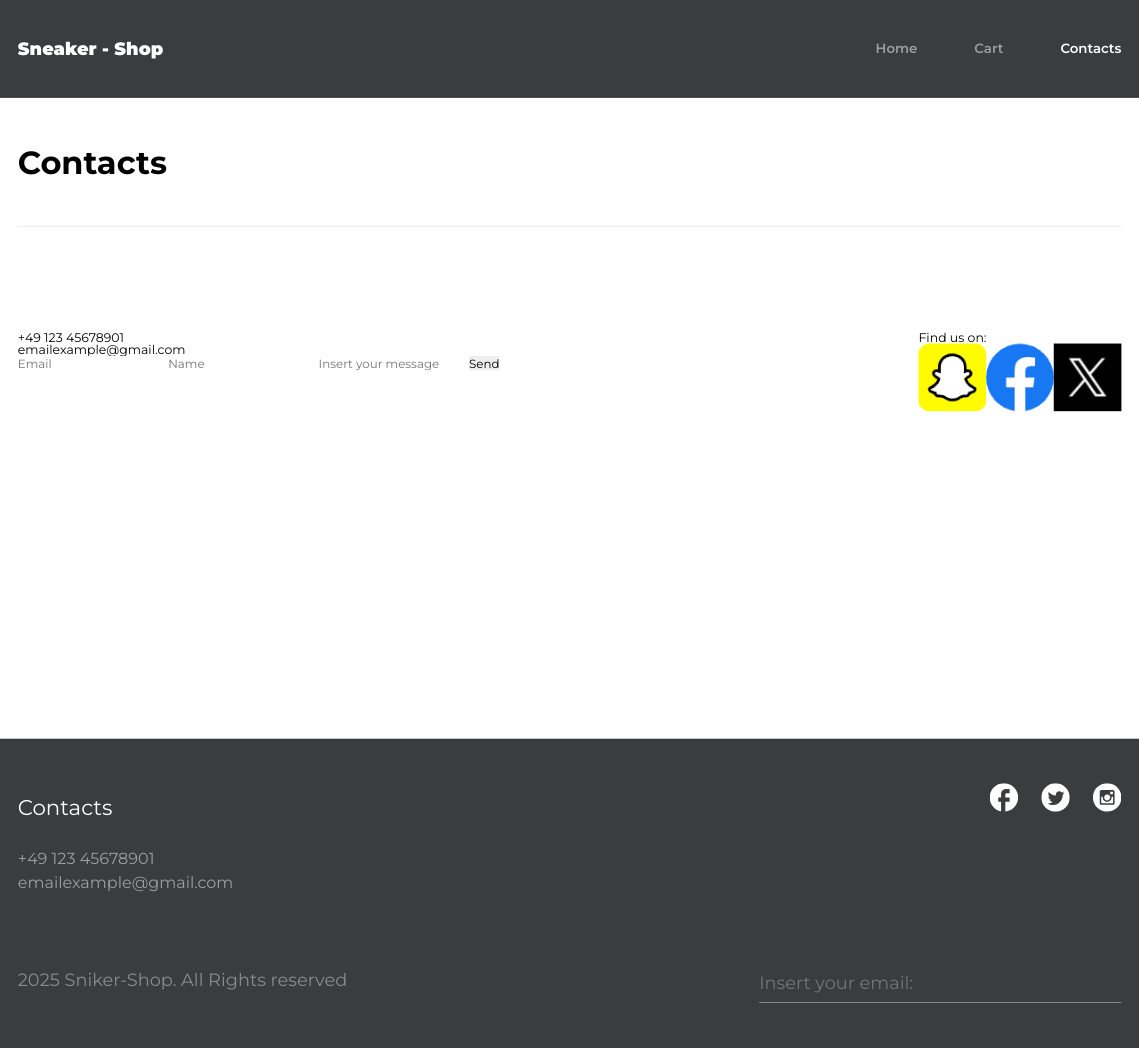
Repository: IstratiiNik/sneaker-shop
Page: /contacts
These files come from the project's save history. The page is drawn as it stood at one moment and after a run of saves; the edit follows.
The browser window is 1280 px wide. The pictures show the whole page, at 89% of full size.
The page's requests for data from a server got no answer. The project was rebuilt for these pictures with package versions that can differ from the ones it lists, and the page was loaded fresh each time. No one was signed in, and anything a server would have sent is missing. Also part of the build but not shown: vite.config.js, src/components/News/News.module.scss, src/components/News/News.jsx, src/components/ProductCard/ProductCard.module.scss, src/components/ProductCard/ProductCard.jsx, src/components/Main/Main.module.scss, src/components/Main/Main.jsx, src/components/CartCard/CartCard.module.scss and 3 more.

Above is the page before, as saved 2025-07-03 11:24:53.

After the next 4 saves:
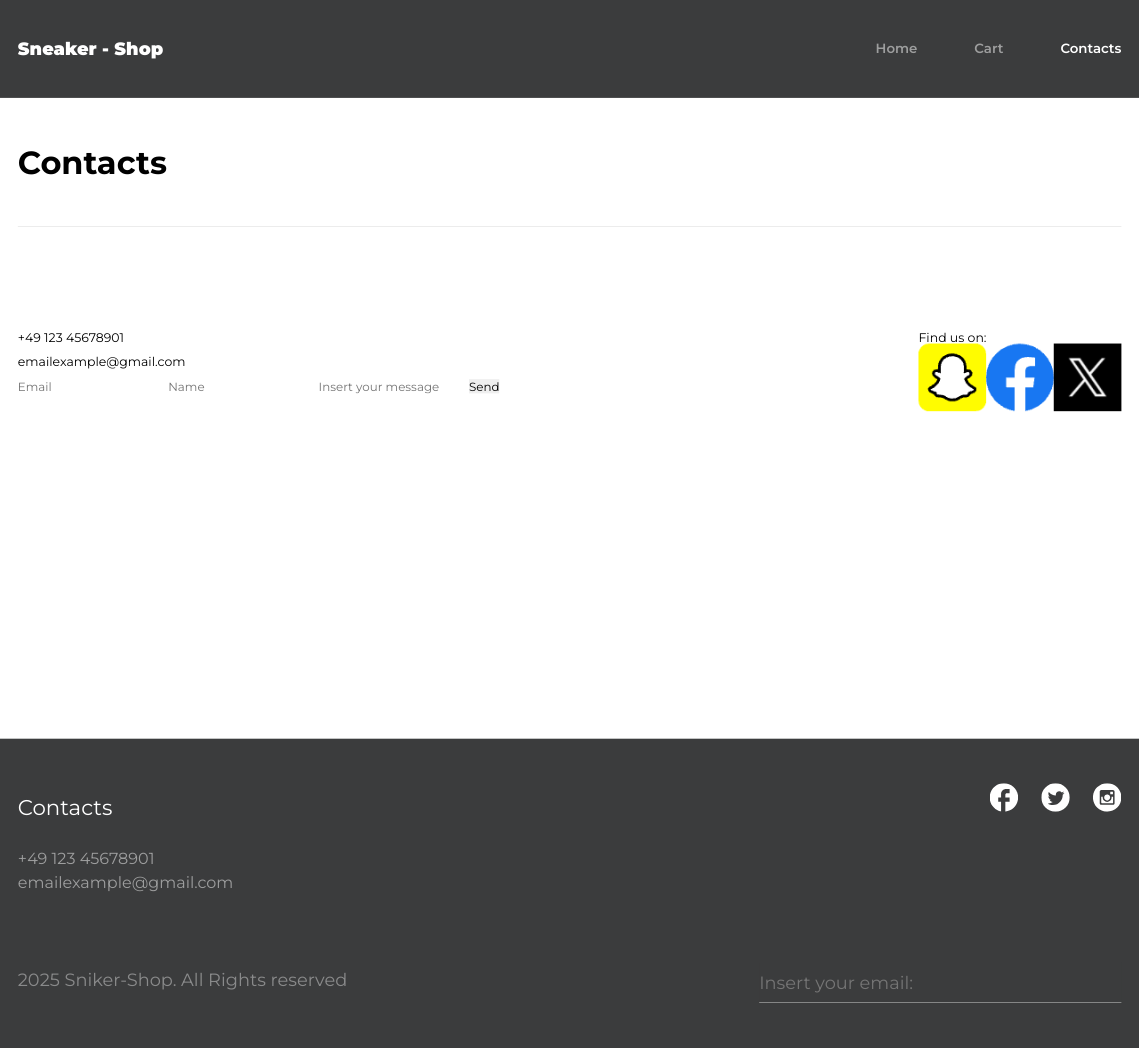
The 4 saves are shown as one change because 1 did not build or start and some came seconds apart.
The last was saved 16 s later.
--- a/src/components/Contacts/Contacts.module.scss
+++ b/src/components/Contacts/Contacts.module.scss
@@ -20,7 +20,11 @@
 }
 
 .contactForm {
-
+  ul {
+    display: flex;
+    flex-direction: column;
+    gap: 13px;
+  }
 }
 .links {
 }
